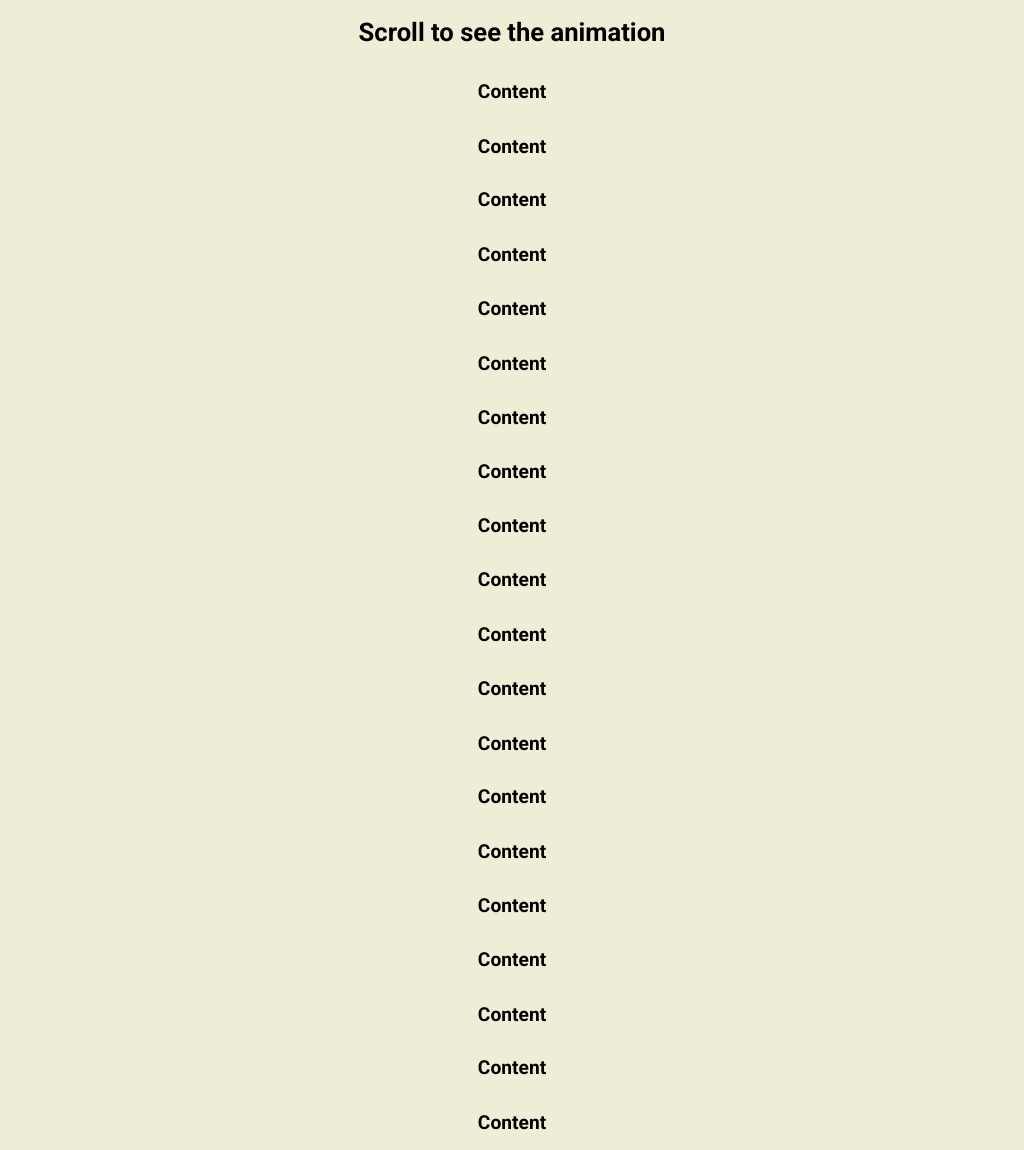
Repository: eagle-tex/50-projects-BT
Page: 06-scroll-animation/index.html
These files come from the project's save history. The page is drawn as it stood at one moment and after the next save; the edit follows.
The browser window is 1280 px wide. The pictures show the whole page, at 80% of full size.

Above is the page before, as saved 2021-01-06 23:40:45.

After the next save:
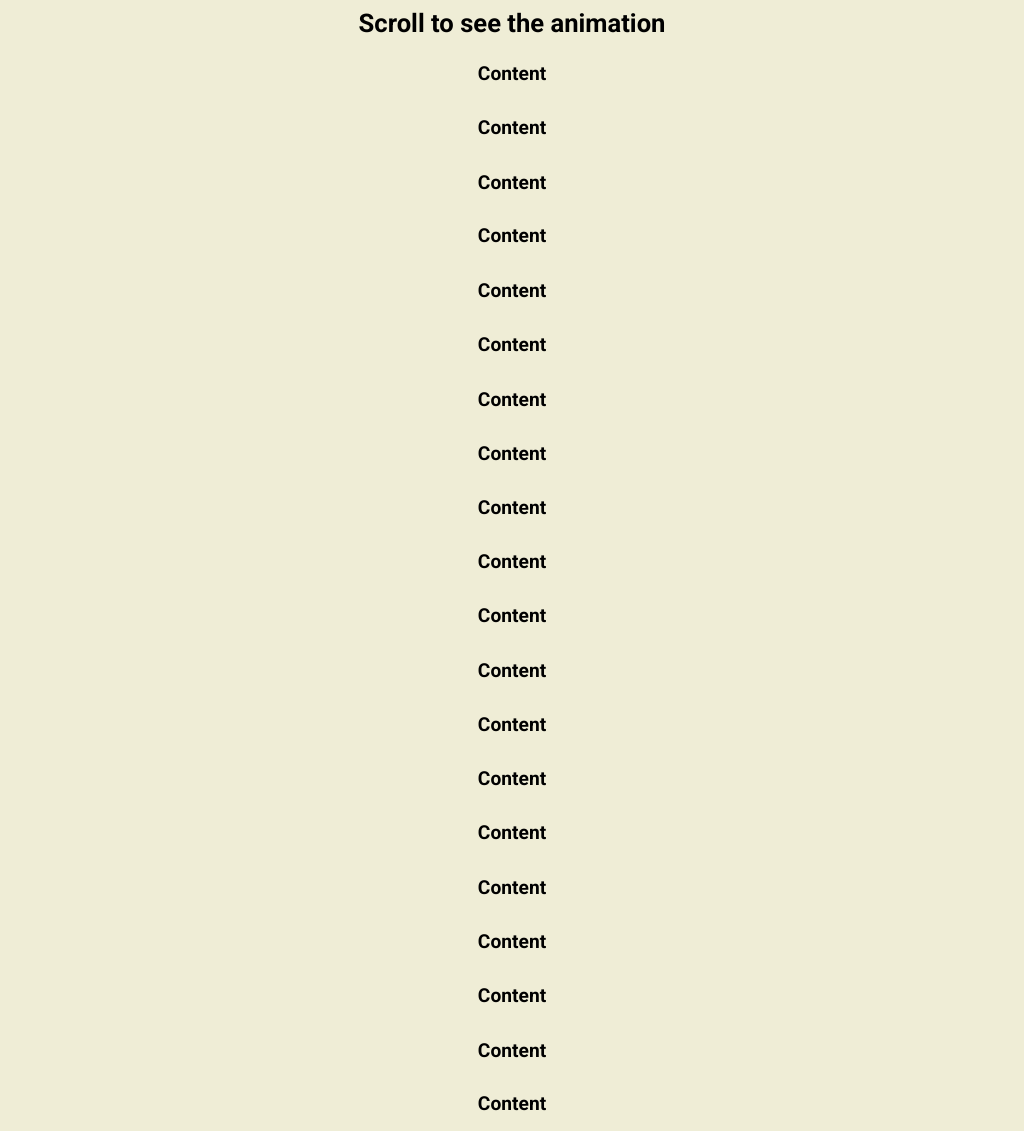
Saved 31 s later.
--- a/06-scroll-animation/style.css
+++ b/06-scroll-animation/style.css
@@ -13,3 +13,11 @@ body {
   justify-content: center;
   margin: 0;
 }
+
+h1 {
+  margin: 10px;
+}
+
+.box {
+  background-color: #steelblue;
+}
